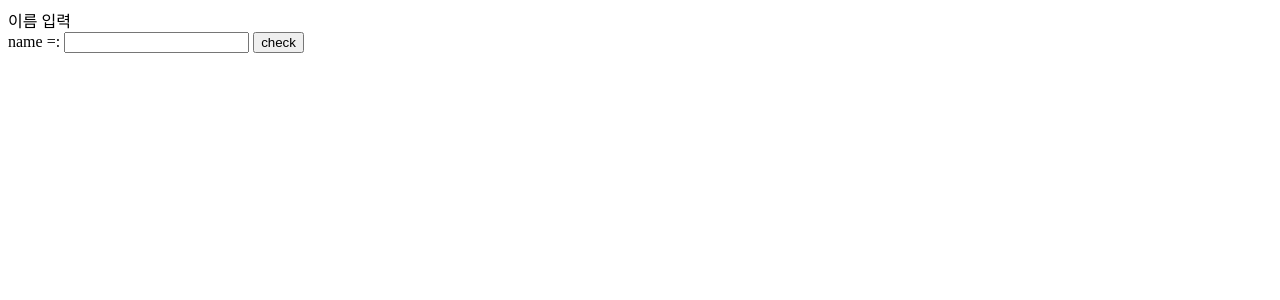
Repository: ionoffx00101/Bitworkspace
Page: brain/WebContent/17.01.18(/YourName.html
The author's editor kept a copy of each file at every save. The page is drawn from the files as they stood at one save, then again after the next save.
The browser window is 1280 px wide. The pictures show the whole page.

Above is the page before, as saved 2017-01-17 06:28:58.

After the next save:
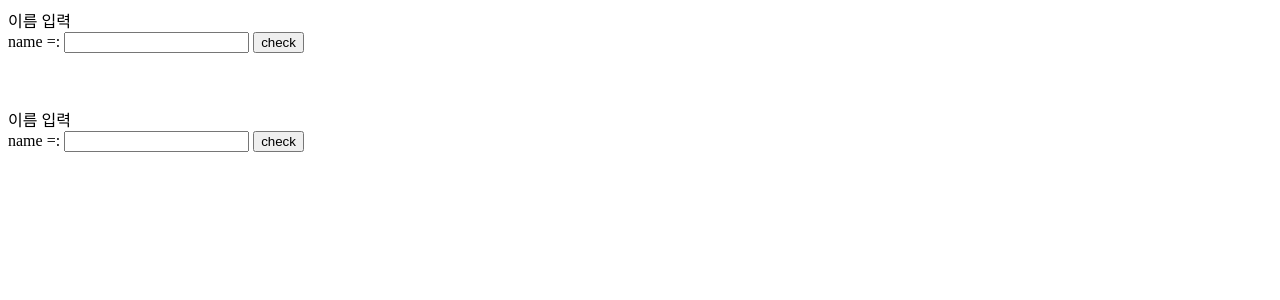
Saved 60 s later.
--- a/brain/WebContent/17.01.18(/YourName.html
+++ b/brain/WebContent/17.01.18(/YourName.html
@@ -10,5 +10,11 @@
 name =: <input type="text" name="yourname">
 <input type="submit" value="check">
 </form>
+<br><br><br>
+이름 입력
+<form action="/brain/hipost.jsp" method ="post">
+name =: <input type="text" name="yourname">
+<input type="submit" value="check">
+</form>
 </body>
 </html>
